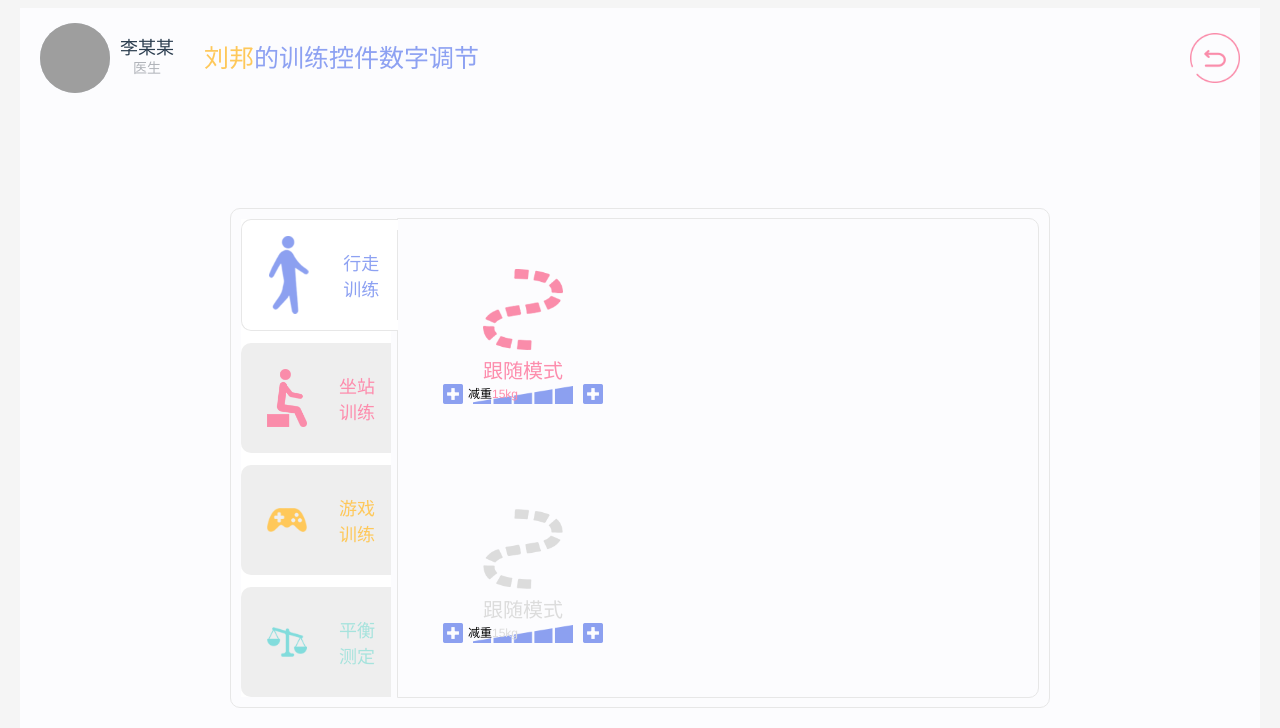
Repository: wangdanqing90/electron-vue-doctor
Page: /#/trainingAdjust
These files come from the project's save history. The page is drawn as it stood at one moment and after the next save; the edit follows.
The browser window is 1280 px wide. The pictures show the whole page.
Pictures or frames that could not be fetched are drawn as grey boxes. The project was rebuilt for these pictures with package versions that can differ from the ones it lists, and the page was loaded fresh each time. Also part of the build but not shown: vue.config.js, src/views/Home.vue, src/assets/styles/variable.scss, src/assets/styles/iconfont.css.

Above is the page before, as saved 2020-01-15 11:15:13.

### public/index.html
<!DOCTYPE html>
<html lang="en">
  <head>
    <meta charset="utf-8">
    <meta http-equiv="X-UA-Compatible" content="IE=edge">
    <meta name="viewport" content="width=device-width,initial-scale=1.0">
    <link rel="icon" href="<%= BASE_URL %>favicon.ico">
    <title>electron-vue-demo</title>
  </head>
  <body>
    <noscript>
      <strong>We're sorry but electron-vue-demo doesn't work properly without JavaScript enabled. Please enable it to continue.</strong>
    </noscript>
    <div id="app"></div>
    <!-- built files will be auto injected -->
  </body>
</html>

### src/main.js
import Vue from 'vue'
import ElementUI from 'element-ui';
import 'element-ui/lib/theme-chalk/index.css';
import App from './App.vue'
import router from './router'
import store from './store'


import './assets/styles/variable.scss';
import './assets/styles/base.scss';
import './assets/styles/common.scss';
import './assets/styles/iconfont.css';
import common from './assets/js/common.js';


Vue.config.productionTip = false;
Vue.prototype.common = common;
Vue.use(ElementUI);


var vm = new Vue({
  router,
  store,
  render: h => h(App)
}).$mount('#app')





//var addon = require('bindings')('hello');var addon = require('bindings')('hello');
//alert(addon.hello()); // 'world'

### src/App.vue
<template>
  <div id="app">
    <!-- <div id="nav">
      <router-link to="/">Home</router-link> |
      <router-link to="/about">About</router-link>
    </div>-->
    <keep-alive>
      <router-view v-if="$route.meta.keepAlive"></router-view>
    </keep-alive>
    <router-view v-if="!$route.meta.keepAlive"></router-view>
  </div>
</template>

<style lang="scss">
#app {
  font-family: "Avenir", Helvetica, Arial, sans-serif;
  -webkit-font-smoothing: antialiased;
  -moz-osx-font-smoothing: grayscale;
  text-align: center;
  color: #2c3e50;
  height: 100%;
}
#nav {
  padding: 30px;
  a {
    font-weight: bold;
    color: #2c3e50;
    &.router-link-exact-active {
      color: #42b983;
    }
  }
}
</style>

### src/assets/styles/base.scss
html {
  background: #f5f5f5;
  height: 100%;
}

body {
  height: 100%;
}

p {
  margin: 0;
  padding: 0;
}

ol,
ul {
  list-style: none;
  margin: 0;
  padding: 0;
}

a {
  cursor: pointer;
}

.wrap-white {
  background: #fff;
  padding-left: 20px;
  padding-right: 20px;
  overflow: hidden;

}

.el-breadcrumb {
  margin-bottom: 15px;
}

.el-titleText {
  font-size: 20px;
  color: black;
  height: 64px;
  line-height: 64px;
}

//::-webkit-scrollbar {
//  width: 5px;
//  height: 5px;
//}
//
//::-webkit-scrollbar:horizontal {
//  height: 15px;
//}
//
//::-webkit-scrollbar-track-piece:vertical {
//  background-color: rgba(0, 0, 0, 0.2);
//  -webkit-border-radius: 6px;
//}
//
//::-webkit-scrollbar-track:horizontal {
//  background-color: rgba(0, 0, 0, 0.2);
//}
//
//::-webkit-scrollbar-thumb:vertical {
//  height: 5px;
//  background-color: rgba(125, 125, 125, 0.7);
//  -webkit-border-radius: 6px;
//}
//
//::-webkit-scrollbar-thumb:horizontal {
//  width: 5px;
//  background-color: rgba(125, 125, 125, 0.7);
//}

input[type="text"],
input[type="number"] {
  //-webkit-appearance: none;
  background-color: #fff;
  border-radius: 4px;
  border: 1px solid #d8dce5;
  box-sizing: border-box;
  color: #5a5e66;
  display: inline-block;
  font-size: inherit;
  height: 40px;
  line-height: 1;
  outline: 0;
  padding: 0 15px;
  -webkit-transition: border-color .2s cubic-bezier(.645, .045, .355, 1);
  transition: border-color .2s cubic-bezier(.645, .045, .355, 1);
  width: 100%;

  &:hover {
    border-color: #b4bccc;
  }

  &:focus {
    border-color: #409EFF;
    outline: 0;
  }
}

/*滚动条*/
::-webkit-scrollbar {
  -webkit-appearance: none;
}

::-webkit-scrollbar:vertical {
  width: 10px;
}

::-webkit-scrollbar:horizontal {
  height: 10px;
}

::-webkit-scrollbar-thumb {
  background-color: rgba(0, 0, 0, .5);
  border-radius: 10px;
  border: 2px solid #ffffff;
}

::-webkit-scrollbar-track {
  border-radius: 10px;
  background-color: #ffffff;
}

/*margin*/
.margin-bottom-240 {
  margin-bottom: 240px;
}

.margin-top--10 {
  margin-top: -10px;
}

.margin-top--15 {
  margin-top: -15px;
}

.margin-top--18 {
  margin-top: -18px;
}

.margin-top--20 {
  margin-top: -20px;
}

.margin-top--40 {
  margin-top: -40px;
}

.margin-top--60 {
  margin-top: -60px;
}

.margin-top--80 {
  margin-top: -80px;
}

.margin-top--180 {
  margin-top: -180px;
}

.margin-top-0 {
  margin-top: 0px !important;
}

.margin-top-10 {
  margin-top: 10px;
}

.margin-top-15 {
  margin-top: 15px;
}

.margin-top-20 {
  margin-top: 20px;
}

.margin-top-25 {
  margin-top: 25px;
}

.margin-top-30 {
  margin-top: 30px;
}

.margin-top-35 {
  margin-top: 35px;
}

.margin-top-40 {
  margin-top: 40px;
}

.margin-top-46 {
  margin-top: 46px;
}

.margin-top-50 {
  margin-top: 50px;
}

.margin-top-60 {
  margin-top: 60px;
}

.margin-top-70 {
  margin-top: 70px;
}

.margin-top-80 {
  margin-top: 80px;
}

.margin-top-100 {
  margin-top: 100px;
}

.margin-bottom-0 {
  margin-bottom: 0px !important;
}

.margin-bottom-5 {
  margin-bottom: 5px;
}

.margin-bottom-10 {
  margin-bottom: 20px;
}

.margin-bottom-20 {
  margin-bottom: 20px;
}

.margin-bottom-25 {
  margin-bottom: 25px;
}

.margin-bottom-30 {
  margin-bottom: 30px;
}

.margin-bottom-40 {
  margin-bottom: 40px;
}

.margin-bottom-50 {
  margin-bottom: 50px;
}

.margin-bottom-60 {
  margin-bottom: 60px;
}

.margin-bottom-70 {
  margin-bottom: 70px;
}

.margin-left-0 {
  margin-left: 0px !important;
}

.margin-left-5 {
  margin-left: 5px;
}

.margin-left--15 {
  margin-left: -15px;
}

.margin-left--35 {
  margin-left: -35px;
}

.margin-left-10 {
  margin-left: 10px;
}

.margin-left-25 {
  margin-left: 25px;
}

.margin-left-30 {
  margin-left: 30px;
}

.margin-left-40 {
  margin-left: 40px;
}

.margin-right-0 {
  margin-right: 0px;
}

.margin-right-5 {
  margin-right: 5px;
}

.margin-right-10 {
  margin-right: 10px;
}

.margin-right-30 {
  margin-right: 30px;
}


.margin-right--15 {
  margin-right: -15px;
}

.margin-right--35 {
  margin-right: -35px;
}

.margin-right--50 {
  margin-right: -50px;
}

.margin-0 {
  margin: 0px;
}

.padding-top-5 {
  padding-top: 5px;
}

.padding-top-10 {
  padding-top: 10px;
}

.padding-top-15 {
  padding-top: 15px;
}

.padding-top-20 {
  padding-top: 20px;
}

.padding-top-26 {
  padding-top: 26px;
}

.padding-top-30 {
  padding-top: 30px;
}

.padding-top-35 {
  padding-top: 35px;
}

.padding-top-40 {
  padding-top: 40px;
}

.padding-top-60 {
  padding-top: 60px;
}

.padding-top-70 {
  padding-top: 70px;
}

.padding-top-100 {
  padding-top: 100px;
}

.padding-top-150 {
  padding-top: 150px;
}

.padding-top-250 {
  padding-top: 250px;
}

.padding-left-0 {
  padding-left: 0px;
}

.padding-left-5 {
  padding-left: 5px;
}

.padding-left-7 {
  padding-left: 7.5px;
}

.padding-left-10 {
  padding-left: 10px;
}

.padding-left-12 {
  padding-left: 12px;
}

.padding-left-15 {
  padding-left: 15px;
}

.padding-left-20 {
  padding-left: 20px;
}

.padding-left-24 {
  padding-left: 24px;
}

.padding-left-30 {
  padding-left: 30px;
}

.padding-left-40 {
  padding-left: 40px;
}

.padding-left-50 {
  padding-left: 50px;
}

.padding-left-70 {
  padding-left: 70px;
}

.padding-left-90 {
  padding-left: 90px;
}

.padding-bottom-5 {
  padding-bottom: 5px;
}

.padding-bottom-10 {
  padding-bottom: 10px;
}

.padding-bottom-20 {
  padding-bottom: 20px;
}

.padding-bottom-26 {
  padding-bottom: 26px;
}

.padding-bottom-30 {
  padding-bottom: 30px;
}

.padding-bottom-40 {
  padding-bottom: 40px;
}

.padding-bottom-50 {
  padding-bottom: 50px;
}

.padding-bottom-60 {
  padding-bottom: 60px;
}

.padding-bottom-100 {
  padding-bottom: 100px;
}

.padding-right-0 {
  padding-right: 0px;
}

.padding-right-7 {
  padding-right: 7.5px;
}

.padding-right-15 {
  padding-right: 15px;
}

.padding-right-30 {
  padding-right: 30px;
}

.padding-right-40 {
  padding-right: 40px;
}

.padding-right-50 {
  padding-right: 50px;
}

.padding-right-60 {
  padding-right: 60px;
}

.padding-right-90 {
  padding-right: 90px;
}

.padding-0 {
  padding: 0px !important;
}

.padding-15 {
  padding: 15px;
}

.padding-20 {
  padding: 20px;
}

@media (min-width: 992px) {
  .margin-left-15 {
    margin-left: 15px;
  }

  .margin-right-15 {
    margin-right: 15px;
  }
}

body {
  font-size: 12px;
  color: #7F8FA4;
  font-family: "Helvetica Neue", Helvetica, "PingFang SC", "Hiragino Sans GB", "Microsoft YaHei", "微软雅黑", Arial, sans-serif;
  box-sizing: border-box;
}

.container {
  width: 1200px;
  min-height: 100%;
  margin: 0 auto;
  background: #fcfcfe;
  padding: 0 20px;
}

.el-dialog__body {
  font-size: 12px;
}

.pb10 {
  padding-bottom: 10px;
}

.pb30 {
  padding-bottom: 30px;
}

.mb30 {
  margin-bottom: 30px;
}

.toolbar {
  background: #fff;
  padding: 10px;
  margin: 10px 0px;
  text-align: center;
}

.handleMoreWrap .el-dialog__body {
  padding: 10px;
}

.handleMore-title {
  text-align: center;
  padding-bottom: 6px;
}

.handleMoreHeight {
  max-height: 300px;
  overflow: hidden;
  overflow-y: auto;
  border-top: 1px solid #ddd;
  padding-top: 10px;
}

.el-table__header th {
  white-space: nowrap;
  font-size: 12px;
  font-weight: 100;
}

.content-wrapper {
  -webkit-overflow-scrolling: touch;
}

.center {
  text-align: center;
}

.text-right {
  text-align: right;
}

.text-left {
  text-align: left;
}

.f-left {
  float: left;
}

.f-right {
  float: right;
}

.hand {
  cursor: pointer;
}

/*flex兼容*/
.display_flex {
  display: -webkit-box;
  display: -ms-flexbox;
  display: -webkit-flex;
  display: flex;
}

// .display_flex>* {
//   display: block;
// }

.display_inline-flex {
  display: -webkit-inline-box;
  display: -ms-inline-flexbox;
  display: -webkit-inline-flex;
  display: inline-flex;
}

// .display_inline-flex>* {
//   display: block;
// }

/*伸缩流方向*/
.flex-direction_column {
  -webkit-box-orient: vertical;
  -ms-flex-direction: column;
  -webkit-flex-direction: column;
  flex-direction: column;
}

/*主轴对齐*/
.justify-content_flex-center {
  -webkit-box-pack: center;
  -ms-flex-pack: center;
  -webkit-justify-content: center;
  justify-content: center;
}

.justify-content_flex-start {
  -webkit-box-pack: start;
  -ms-flex-pack: start;
  -webkit-justify-content: flex-start;
  justify-content: flex-start;
}

.justify-content_flex-end {
  -webkit-box-pack: end;
  -ms-flex-pack: end;
  -webkit-justify-content: flex-end;
  justify-content: flex-end;
}

.justify-content_flex-justify {
  -webkit-box-pack: justify;
  -ms-flex-pack: justify;
  -webkit-justify-content: space-between;
  justify-content: space-between;
}

.justify-content_flex-around {
  -webkit-box-pack: justify;
  -ms-flex-pack: justify;
  -webkit-justify-content: space-around;
  justify-content: space-around;
}

/*侧轴对齐*/
.align-items_flex-start {
  -webkit-box-align: start;
  -ms-flex-align: start;
  -webkit-align-items: flex-start;
  align-items: flex-start;
}

.align-items_flex-end {
  -webkit-box-align: end;
  -ms-flex-align: end;
  -webkit-align-items: flex-end;
  align-items: flex-end;
}

.align-items_center {
  -webkit-box-align: center;
  -ms-flex-align: center;
  -webkit-align-items: center;
  align-items: center;
}

.align-items_baseline {
  -webkit-box-align: baseline;
  -ms-flex-align: baseline;
  -webkit-align-items: baseline;
  align-items: baseline;
}

/*伸缩性*/
.flex_auto {
  -webkit-box-flex: 1;
  -ms-flex: auto;
  -webkit-flex: auto;
  flex: auto;
}

.flex_1 {
  width: 0;
  -webkit-box-flex: 1;
  -ms-flex: 1;
  -webkit-flex: 1;
  flex: 1;
}

/*显示顺序*/
.order_2 {
  -webkit-box-ordinal-group: 2;
  -ms-flex-order: 2;
  -webkit-order: 2;
  order: 2;
}

.order_3 {
  -webkit-box-ordinal-group: 3;
  -ms-flex-order: 3;
  -webkit-order: 3;
  order: 3;
}

### src/assets/styles/common.scss
.clearfix {

  &::after {
    display: block;
    height: 0;
    content: ".";
    clear: both;
    visibility: hidden;
  }
}

.float-left {
  float: left;
}

.float-right {
  float: right;
}

.align-left {
  text-align: left;
}

.align-right {
  text-align: right;
}

.small-size {
  font-size: 12px !important;
}

.large-size {
  font-size: 16px !important;
}

.New-elFrom {
  padding: 10px;
  background: #fff;

  .el-form-item {
    margin-bottom: 0;
  }

  .el-form-item__label {
    padding: 0;
    line-height: 30px;
    font-size: 12px;
    color: #7F8FA4;

  }

  .el-form-item__content-btn {
    text-align: center;
    padding: 20px 0 10px;
  }

  .el-select {
    display: block;
  }

  .el-date-editor.el-input,
  .el-input-number--medium {
    width: 100%;
  }
}

.el-radio-group {
  display: flex;
  display: -webkit-flex;
}

.el-radio-group .el-radio-button {
  flex: 1;
}



.el-button.purple,
.el-button.purple:active,
.el-button.purple:focus,
.el-button.purple:hover {
  color: white;
  background-color: #8c69e7;
  border: none;
  box-shadow: 0 2px 12px 0 rgba(240, 240, 240, 0.1)
}



.el-dialog {
  border-radius: 10px;

  .el-dialog__body {
    .purple {
      color: $purpleFontColor;
      font-size: 20px;
    }
  }
}

.el-form-item__label {
  color: $purpleFontColor;
}

.el-message-box .el-message-box__content {
  color: $purpleFontColor;
  font-size: 20px;
  margin: 30px 0;
  text-align: center;
}

.purpleFontColor {
  color: $purpleFontColor;
}

.pinkFontColor {
  color: $pinkFontColor;
}

.greenFontColor {
  color: $greenFontColor;
}

.yellowFontColor {
  color: $yellowFontColor;
}

### src/assets/js/common.js
1
export default {
    login: function () {
        console.log("1111");
    },

    // 判断是否为空
    isNullOrBlank: function (strJudge) {
        return strJudge === null || strJudge === undefined || strJudge === '';
    },

    // 计算两个日期时间差
    DateDiff: function (sDate1, sDate2) { // sDate1和sDate2是2002-12-18格式
        var aDate, oDate1, oDate2, iDays
        aDate = sDate1.split('-')
        oDate1 = new Date(aDate[1] + '-' + aDate[2] + '-' + aDate[0])
        aDate = sDate2.split('-')
        oDate2 = new Date(aDate[1] + '-' + aDate[2] + '-' + aDate[0])
        iDays = parseInt(Math.abs(oDate1 - oDate2) / 1000 / 60 / 60 / 24)
        return iDays
    }
}

### src/views/TrainingAdjust/TrainingAdjust.vue
/* eslint-disable vue/no-unused-vars */
<template>
  <div class="container">
    <HeaderDoctor :leftImg="leftImg" :title="title" :titleName="titleName">
      <template v-slot:right>
        <div class="header-right-div display_flex justify-content_flex-center align-items_center">
          <img src="@/../images/back.png" @click="backClick" />
        </div>
      </template>
    </HeaderDoctor>

    <div class="inform-container">
      <div class="inform-inner display_flex justify-content_flex-justify align-items_center">
        <div
          class="left display_inline-flex flex-direction_column justify-content_flex-justify align-items_center"
        >
          <div
            class="left-inner"
            :class="activeClass == index ? 'active':''"
            v-for="(item,index) in tagList"
            :key="index"
            @click="getItem(index)"
          >
            <div
              class="left-inner-inner display_flex justify-content_flex-around align-items_center"
            >
              <img :src="item.imgsrc" />
              <div :class="item.colorClass">
                <div>{{item.name}}</div>
                <div>{{item.namebottom}}</div>
              </div>
            </div>
          </div>
        </div>
        <div class="right">
          <div
            class="adjust-container"
            :class="activeRightClass == index ? item.colorClass:''"
            v-for="(item,index) in adjustList"
            :key="index"
            @click="selectClick(index)"
          >
            <div class="top">
              <img :src="item.activeRightClass?item.selectedImg:item.unselectedImg" />
              <div>{{item.title}}</div>
            </div>
            <div class="bottom">
              <Adjust></Adjust>
            </div>
          </div>
        </div>
      </div>
    </div>
  </div>
</template>

<script>
import HeaderDoctor from "@/components/HeaderDoctor/HeaderDoctor.vue";
import Adjust from "@/components/Adjust/Adjust.vue";

export default {
  name: "trainingPlan",
  components: {
    HeaderDoctor,
    Adjust
  },

  data() {
    return {
      leftImg: "",
      activeClass: 0,
      activeRightClass: 0,
      tagList: [
        {
          name: "行走",
          namebottom: "训练",
          id: 1,
          imgsrc: require("@/../images/walkingtraining.png"),
          colorClass: "purpleFontColor"
        },
        {
          name: "坐站",
          namebottom: "训练",
          id: 2,
          imgsrc: require("@/../images/stationtraining.png"),
          colorClass: "pinkFontColor"
        },
        {
          name: "游戏",
          namebottom: "训练",
          id: 3,
          imgsrc: require("@/../images/gametraining.png"),
          colorClass: "yellowFontColor"
        },
        {
          name: "平衡",
          namebottom: "测定",
          id: 4,
          imgsrc: require("@/../images/balancedetermination.png"),
          colorClass: "greenFontColor"
        }
      ],
      adjustList: [
        {
          selectedImg: require("@/../images/followmode_0.png"),
          unselectedImg: require("@/../images/followmode_2.png"),
          title: "跟随模式",
          width: "210px",
          colorClass: "pinkFontColor",
          activeRightClass: true
        },
        {
          selectedImg: require("@/../images/followmode_0.png"),
          unselectedImg: require("@/../images/followmode_2.png"),
          title: "跟随模式",
          width: "210px",
          colorClass: "pinkFontColor",
          activeRightClass: false
        }
      ]
    };
  },
  created() {
    this.leftImg = require("../../../images/logo.png");
    this.title = "的训练控件数字调节";
    this.titleName = "刘邦";
  },
  methods: {
    backClick() {
      this.$router.go(-1);
    },
    getItem(index) {
      this.activeClass = index; // 把当前点击元素的index，赋值给activeClass
    },
    selectClick(index) {
      this.activeRightClass = index; // 把当前点击元素的index，赋值给activeClass
    }
  },
  watch: {}
};
</script>

<style scoped lang="scss">
.header {
  .header-right {
    img {
      width: 50px;
      margin-left: 20px;
    }
  }
}
.inform-container {
  box-sizing: border-box;
  margin: 100px auto;
  height: 500px;
  font-size: 12px;
  border-radius: 10px;
  border: 1px solid #e7e7e7;
  width: 820px;

  .inform-inner {
    box-sizing: border-box;
    padding: 10px;
    height: 100%;
    font-size: 18px;
    .left {
      width: 150px;
      background: white;
      height: 100%;
      z-index: 10;
      .left-inner {
        width: 100%;
        border-radius: 10px 0 0 10px;
        background: #eeeeee;
        .left-inner-inner {
          height: 90px;
          margin: 10px 0 10px 10px;
        }
        img {
          width: 40px;
        }
      }
      .active {
        background: white;
        border-top: 1px solid #e7e7e7;
        border-left: 1px solid #e7e7e7;
        border-bottom: 1px solid #e7e7e7;
        width: 156px;
        margin-right: -6px;
        .left-inner-inner {
          border-right: 1px solid #e7e7e7;
        }
      }
    }
    .right {
      width: 640px;
      height: 100%;
      border-top: 1px solid #e7e7e7;
      border-right: 1px solid #e7e7e7;
      border-bottom: 1px solid #e7e7e7;
      border-left: 1px solid #e7e7e7;
      border-radius: 0 10px 10px 0;
      color: #dcdcdc;
      .adjust-container {
        width: 210px;
        padding: 50px 20px;
        .purpleFontColor {
          color: $purpleFontColor;
        }

        .pinkFontColor {
          color: $pinkFontColor;
        }

        .greenFontColor {
          color: $greenFontColor;
        }

        .yellowFontColor {
          color: $yellowFontColor;
        }
        .top {
          font-size: 20px;
          img {
            width: 80px;
          }
        }
      }
    }
  }
}
</style>

### src/components/HeaderDoctor/HeaderDoctor.vue
// 头部组件
<template>
  <el-row>
    <el-col :span="24" class="header">
      <div
        @click="jumpDoctorInform"
        class="header-left f-left display_flex justify-content_flex-center align-items_center"
      >
        <el-avatar
          :size="70"
          src="https://cube.elemecdn.com/0/88/03b0d39583f48206768a7534e55bcpng.png"
        ></el-avatar>
        <div
          class="display_flex flex-direction_column justify-content_flex-center align-items_center margin-left-10"
        >
          <div class="name">李某某</div>
          <div class="job">医生</div>
        </div>
      </div>
      <div class="header-middle-name f-left">{{titleName}}</div>
      <div class="header-middle f-left">{{title}}</div>

      <div class="header-right f-right">
        <slot name="right"></slot>
      </div>
    </el-col>
  </el-row>
</template>

<script>
export default {
  name: "HeaderDoctor",
  props: {
    msg: String,
    leftImg: {
      type: String,
      default: "../../../images/logo.png"
    },
    title: { String, default: "" },
    titleName: { String, default: "" }
  },

  data() {
    return {};
  },

  created() {},
  beforeDestroy() {},
  beforeMount() {},
  mounted() {},
  destroyed() {},
  methods: {
    jumpDoctorInform() {
      this.$router.push({
        path: "/detailInform",
        name: "detailInform",
        query: { type: "doctor" }
      });
    }
  }
};
</script>

<style scoped lang="scss">
.header {
  height: 100px;
  line-height: 100px;
  .header-left {
    height: 100%;
    text-align: left;
    margin-right: 30px;
    img {
      width: 150px;
    }
    .name {
      height: 20px;
      line-height: 20px;
      font-size: 18px;
    }
    .job {
      height: 20px;
      line-height: 20px;
      font-size: 14px;
      color: #b0b3b9;
    }
  }
  .header-middle-name {
    font-size: 25px;

    color: $yellowFontColor;
  }
  .header-middle {
    font-size: 25px;

    color: $purpleFontColor;
  }
  .header-right {
    height: 100%;
  }
}

::v-deep .header-right-div {
  height: 100%;
}
</style>

### src/components/Adjust/Adjust.vue
// 调节组件
<template>
  <div class="adjust">
    <img class="adjustLeft" src="@/../images/add_1.png" />
    <img class="adjustMiddle" src="@/../images/blue_5.png" />
    <img class="adjustRight" src="@/../images/add_1.png" />
    <div class="inform">
      <span>减重</span>15kg
    </div>
  </div>
</template>

<script>
export default {
  name: "Adjust",
  props: {
    msg: String,
    leftImg: {
      type: String,
      default: "../../../images/logo.png"
    },
    title: { String, default: "" }
  },

  data() {
    return {};
  },

  created() {},
  beforeDestroy() {},
  beforeMount() {},
  mounted() {},
  destroyed() {},
  methods: {}
};
</script>

<style scoped lang="scss">
.adjust {
  position: relative;
  .adjustLeft,
  .adjustRight {
    width: 20px;
  }
  .adjustMiddle {
    width: 100px;
    margin: 0 10px;
  }
  .inform {
    font-size: 12px;
    position: absolute;
    top: 0;
    left: 50px;
    span {
      color: black;
    }
  }
}
</style>

Loaded but not shown: src/store.js (common file); src/router.js (99 lines, source omitted)

After the next save:
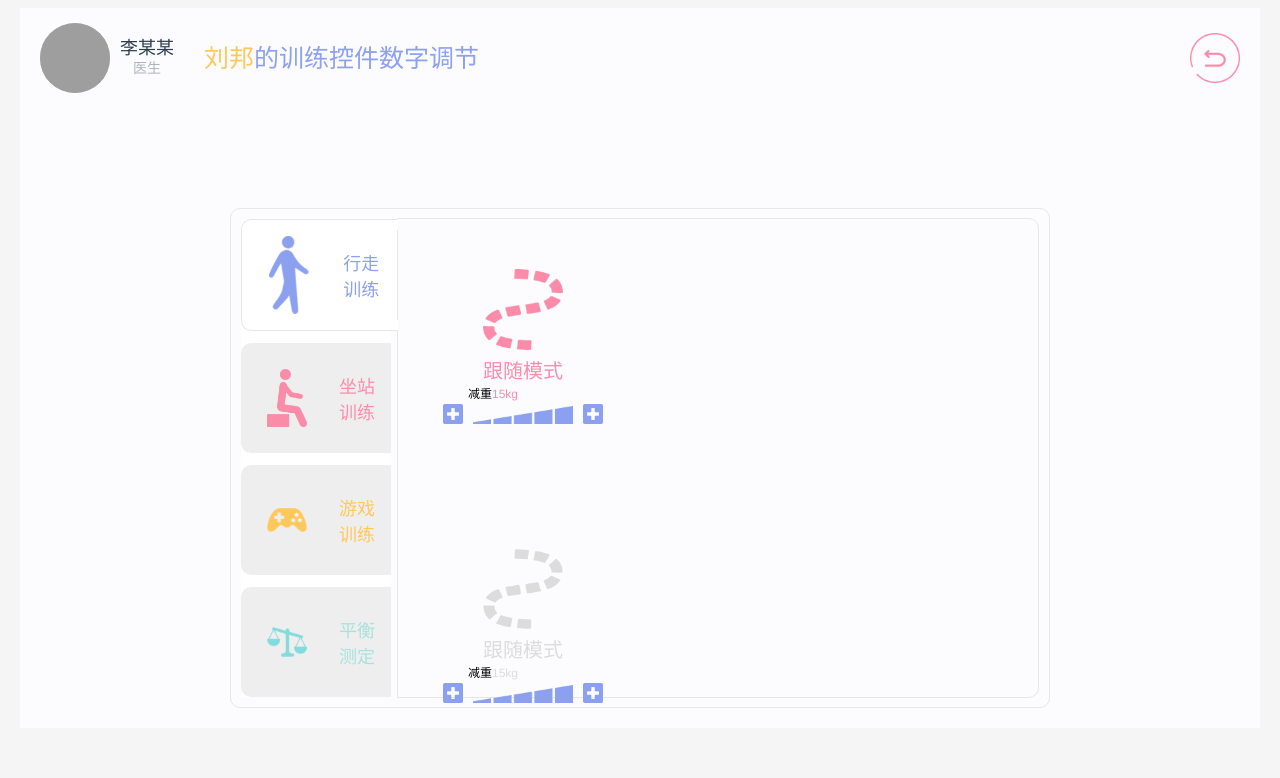
Saved 18 s later.
--- a/src/components/Adjust/Adjust.vue
+++ b/src/components/Adjust/Adjust.vue
@@ -38,6 +38,7 @@ export default {
 <style scoped lang="scss">
 .adjust {
   position: relative;
+  padding: 20px 0;
   .adjustLeft,
   .adjustRight {
     width: 20px;
